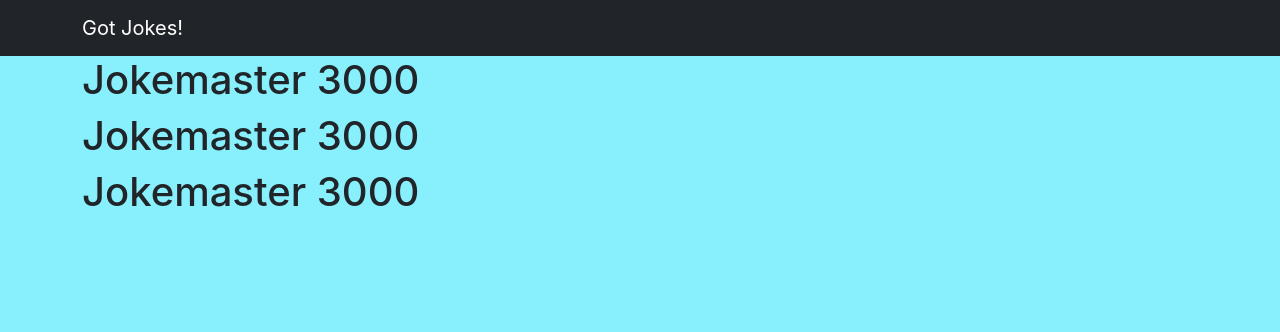
Repository: jontslater/LAB-joke-generator-react
Page: /
An editor plug-in stored every save of this project. The page is shown before and after the next save, followed by the edit.
The browser window is 1280 px wide. The pictures show the whole page.
The project was rebuilt for these pictures with package versions that can differ from the ones it lists, and the page was loaded fresh each time. The framework's server and built-in components were replaced by stand-ins that run in the browser. Also part of the build but not shown: next.config.js.

Above is the page before, as saved 2024-01-12 15:44:08.

### pages/_app.js
/* eslint-disable react/prop-types */
import 'bootstrap/dist/css/bootstrap.min.css';
import '../styles/globals.css';
import NavBar from '../components/NavBar';

function MyApp({ Component, pageProps }) {
  return (
    <>
      <NavBar />
      <div className="container">
        <Component {...pageProps} />
      </div>
    </>
  );
}

export default MyApp;

### pages/index.js
import React from 'react';
import Jokes from '../components/Jokes';

function Home() {
  return (
    <>
      <Jokes title="1" />
      <Jokes title="2" />
      <Jokes title="3" />
    </>
  );
}

export default Home;

### components/NavBar.js
/* eslint-disable jsx-a11y/anchor-is-valid */
import React from 'react';
import Link from 'next/link';
import {
  Navbar, Container, Nav,
} from 'react-bootstrap';

export default function NavBar() {
  return (
    <Navbar collapseOnSelect expand="lg" bg="dark" variant="dark">
      <Container>
        <Link passHref href="/">
          <Navbar.Brand>Got Jokes!</Navbar.Brand>
        </Link>
        <Navbar.Toggle aria-controls="responsive-navbar-nav" />
        <Navbar.Collapse id="responsive-navbar-nav">
          <Nav className="me-auto">
            {/* CLOSE NAVBAR ON LINK SELECTION: https://stackoverflow.com/questions/72813635/collapse-on-select-react-bootstrap-navbar-with-nextjs-not-working */}
            {/* <Link passHref href="/">
              <Nav.Link>Home</Nav.Link>
            </Link> */}
          </Nav>
        </Navbar.Collapse>
      </Container>
    </Navbar>
  );
}

### components/Jokes.js
import { useState } from 'react';

function Jokes() {
  const [jokes, setJokes] = useState('FirstCard');

  function getJokes() {
    fetch('https://v2.jokeapi.dev/joke/Programming?safe-mode&type=twopart')
      .then((response) => response.json())
      .then((data) => {
        setJokes(data);
      });
  }

  // useEffect(() => {
  // });

  return (
    <>
      <h1>Jokemaster 3000</h1>

      <h1>{jokes.setup}</h1>
    </>
  );
}

export default Jokes;

Loaded but not shown: styles/globals.css (common file)

After the next save:
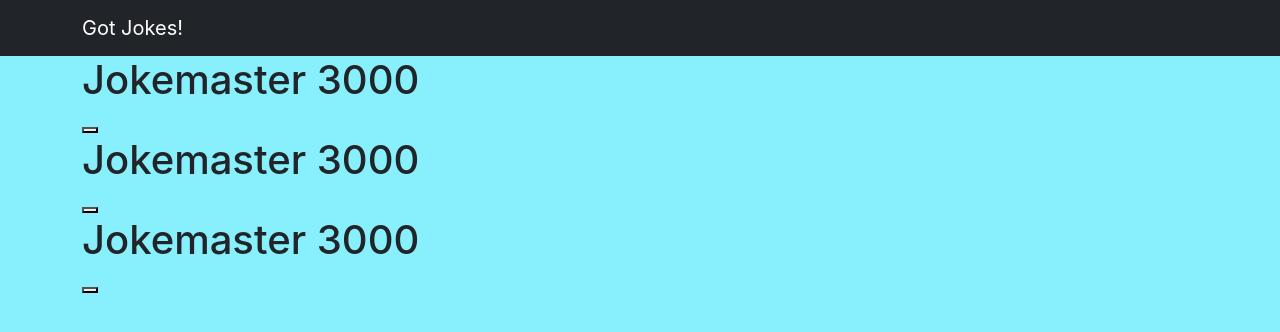
Saved 88 s later.
--- a/components/Jokes.js
+++ b/components/Jokes.js
@@ -17,8 +17,7 @@ function Jokes() {
   return (
     <>
       <h1>Jokemaster 3000</h1>
-
-      <h1>{jokes.setup}</h1>
+      <button type="button"> </button>
     </>
   );
 }
